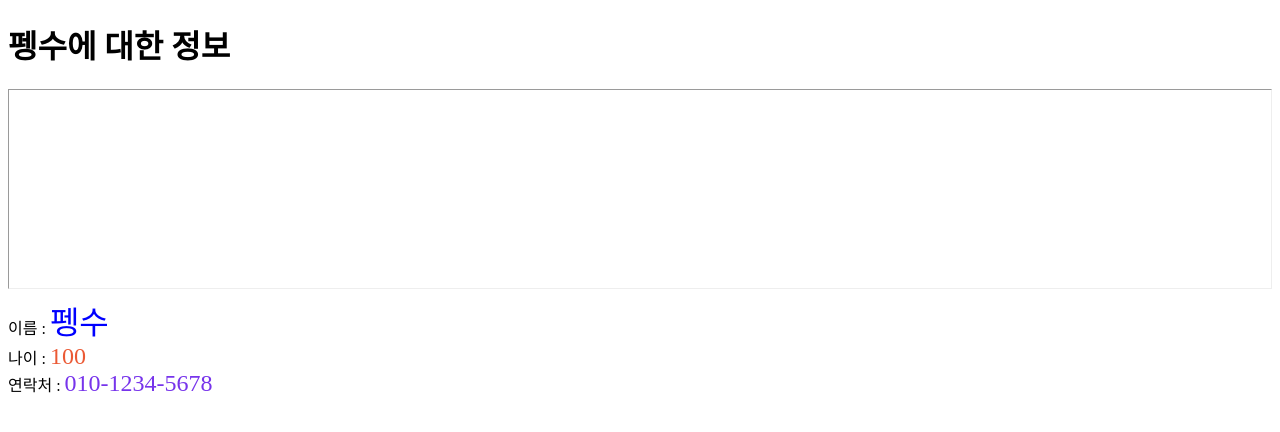
Repository: ujin2021/jsp_study
Page: jsp01/WebContent/me2.html
The author's editor kept a copy of each file at every save. The page is drawn from the files as they stood at one save, then again after the next save.
The browser window is 1280 px wide. The pictures show the whole page.

Above is the page before, as saved 2020-01-11 07:53:44.

After the next save:
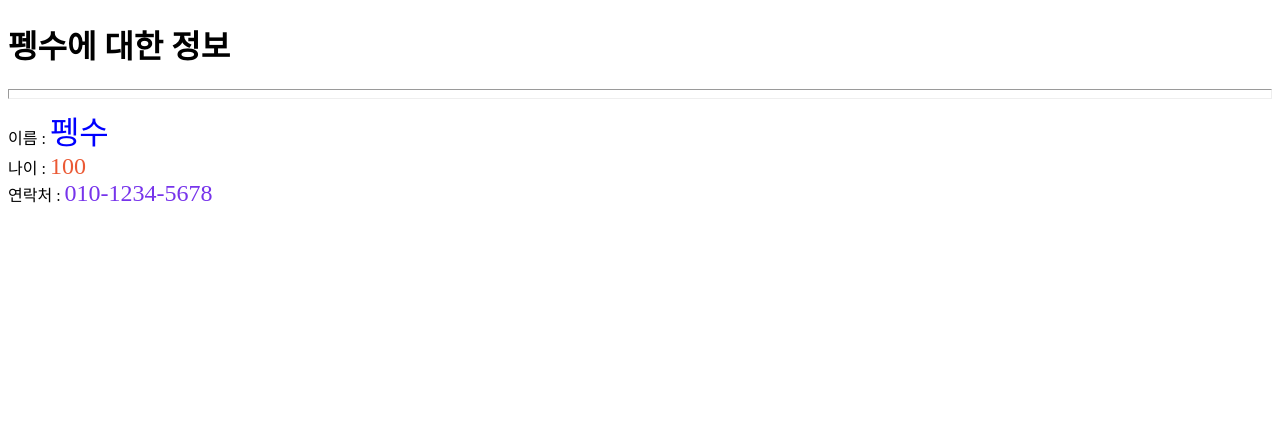
Saved 26 s later.
--- a/jsp01/WebContent/me2.html
+++ b/jsp01/WebContent/me2.html
@@ -8,7 +8,7 @@
 <h1>펭수에 대한 정보</h1>
 <!-- header 제목용 -->
 <!-- 옆에 다른 것이 오게 할 수 없다. -->
-<hr size="200">
+<hr size="10">
 이름 : <font color="blue" size="6">펭수</font> <br>
 나이 : <font color="#eb5934" size="5">100</font> <br>
 연락처 : <font color="#7734eb" size="5">010-1234-5678</font> <br>
